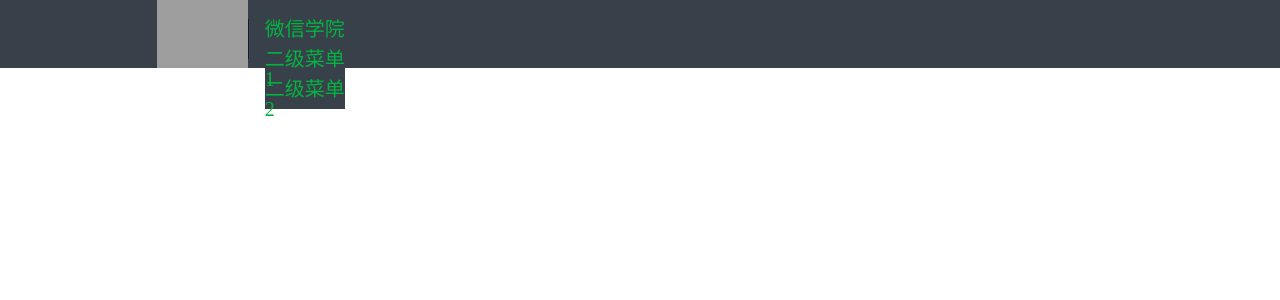
Repository: A1LExX/H5_study_set
Page: tencentUniversity/index.html
These files come from the project's save history. The page is drawn as it stood at one moment and after a run of saves; the edit follows.
The browser window is 1280 px wide. The pictures show the whole page.
Pictures or frames that could not be fetched are drawn as grey boxes.

Above is the page before, as saved 2021-07-03 10:30:09.

After the next 2 saves:
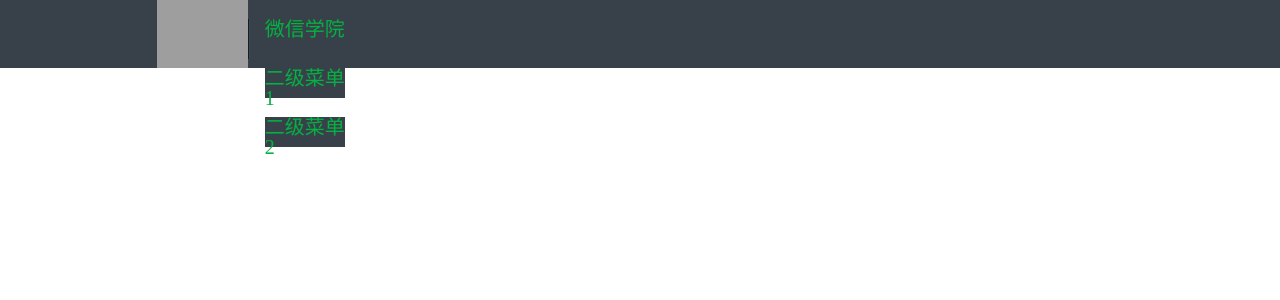
The 2 saves are shown as one change because they came seconds apart.
The last was saved 17 min 50 s later.
--- a/tencentUniversity/css/index.css
+++ b/tencentUniversity/css/index.css
@@ -2,7 +2,7 @@
  * @author [Alex Wei]
  * @email [w2262196@outlook.com]
  * @create date 2021-07-03 09:46:10
- * @modify date 2021-07-03 10:30:09
+ * @modify date 2021-07-03 10:47:59
  * @desc [description]
  */
 /* 版心 */
@@ -75,7 +75,7 @@ html,body{
 .downList .down{
     color: #04b141;
     font-size: 20px;
-
+    margin-top: 19px;
 }
 
 .downList ul{
